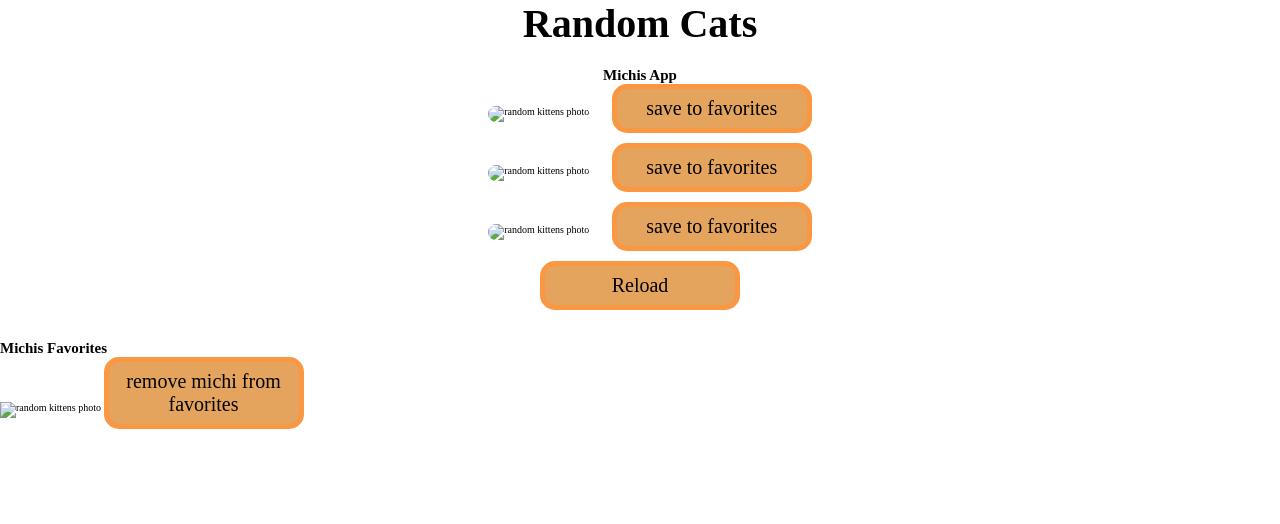
Repository: elto82/ConsumoAPIRESTjs
Page: index.html
These files come from the project's save history. The page is drawn as it stood at one moment and after the next save; the edit follows.
The browser window is 1280 px wide. The pictures show the whole page.
The page's requests for data from a server got no answer.

Above is the page before, as saved 2022-07-02 20:22:48.

After the next save:
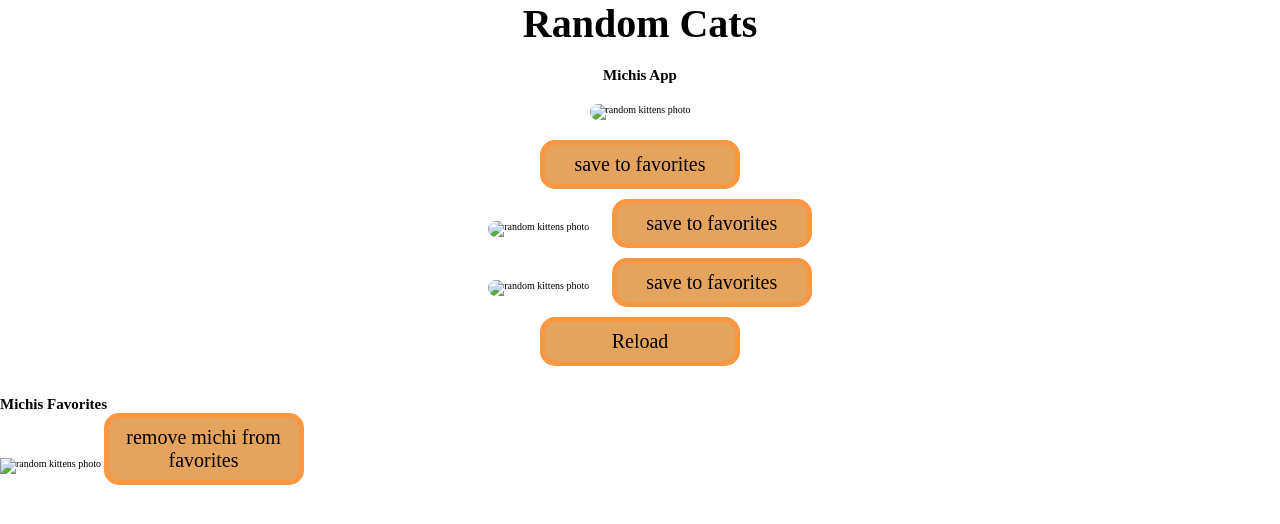
Saved 20 min 32 s later.
--- a/index.html
+++ b/index.html
@@ -17,8 +17,9 @@
     <h2>Michis App</h2>
     <article>
       <img id="img1" alt="random kittens photo" class="image">
-      <button class="random-cat-button" onclick="reload()">save to favorites</button>
     </article>
+    <button class="random-cat-button" onclick="reload()">save to favorites</button>
+
     <article>
       <img id="img2" alt="random kittens photo" class="image">
       <button class="random-cat-button" onclick="reload()">save to favorites</button>

After the save that followed:
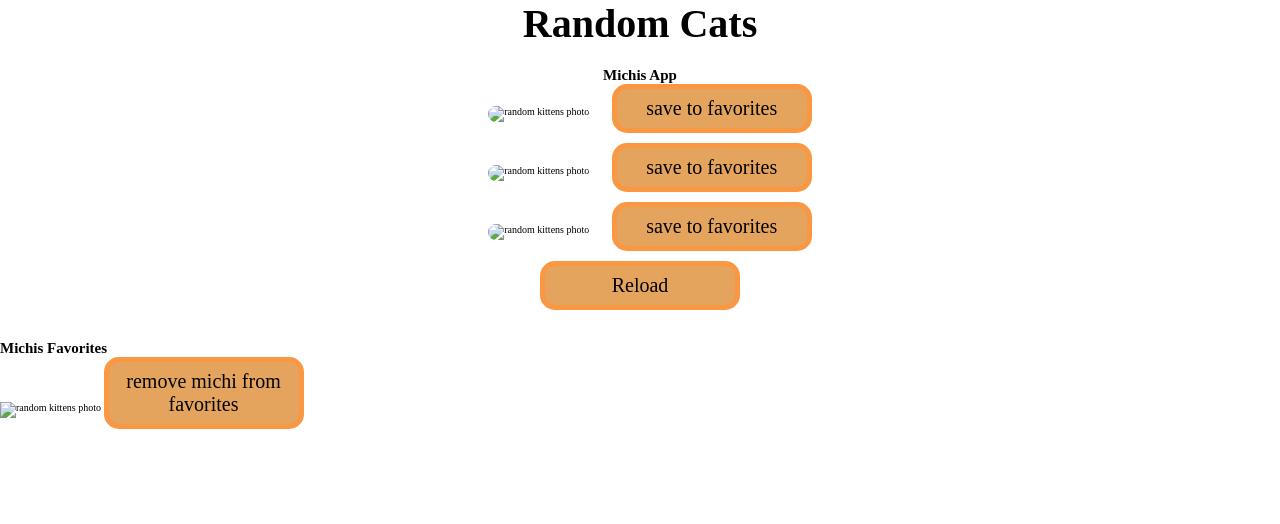
Saved 33 s later.
--- a/index.html
+++ b/index.html
@@ -17,9 +17,8 @@
     <h2>Michis App</h2>
     <article>
       <img id="img1" alt="random kittens photo" class="image">
+      <button class="random-cat-button" onclick="reload()">save to favorites</button>
     </article>
-    <button class="random-cat-button" onclick="reload()">save to favorites</button>
-
     <article>
       <img id="img2" alt="random kittens photo" class="image">
       <button class="random-cat-button" onclick="reload()">save to favorites</button>
